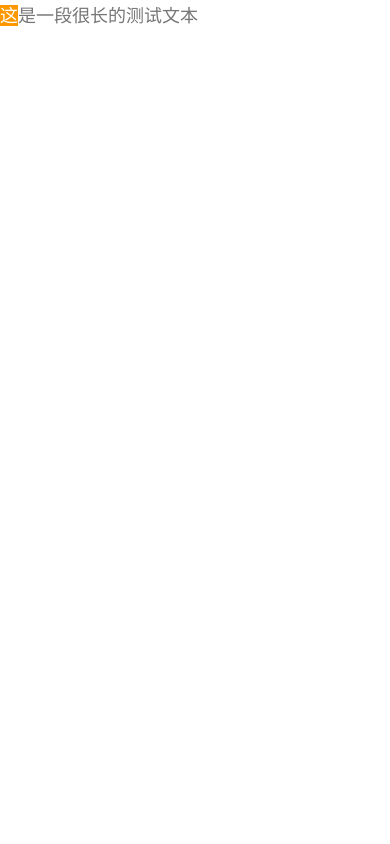
Repository: obstrux/test-vosk
Page: /
An editor plug-in stored every save of this project. The page is shown before and after a run of saves, followed by the edit.
The browser window is 390 px wide. The pictures show the whole page.
The app was drawn by React Native's web renderer in a window 390 px wide. The project was rebuilt for these pictures with package versions that can differ from the ones it lists, and the page was loaded fresh each time.

Above is the page before, as saved 2025-11-02 21:28:07.

### App.tsx
/**
 * Sample React Native App
 * https://github.com/facebook/react-native
 *
 * @format
 */

import { NewAppScreen } from '@react-native/new-app-screen';
import { StatusBar, StyleSheet, useColorScheme, View } from 'react-native';
import {
  SafeAreaProvider,
  useSafeAreaInsets,
} from 'react-native-safe-area-context';
import ReaderHighlighter from './ReaderHighlighter';
import { useState } from 'react';

function App() {
  const isDarkMode = useColorScheme() === 'dark';

  return (
    <SafeAreaProvider>
      <StatusBar barStyle={isDarkMode ? 'light-content' : 'dark-content'} />
      <AppContent />
    </SafeAreaProvider>
  );
}

function AppContent() {
  const safeAreaInsets = useSafeAreaInsets();

  const [recognizedText] = useState('');

  return (
    <View style={styles.container}>
      <ReaderHighlighter
        fullText={'这是一段很长的测试文本'}
        recognizedText={recognizedText}
      />
    </View>
  );
}

const styles = StyleSheet.create({
  container: {
    flex: 1,
  },
});

export default App;

### ReaderHighlighter.tsx
import React, { useRef, useState, useEffect } from 'react';
import { Text, View, ScrollView, StyleSheet } from 'react-native';
import { diff_match_patch } from 'diff-match-patch';

const dmp = new diff_match_patch();

const ReaderHighlighter = ({ fullText, recognizedText }) => {
  const scrollRef = useRef<ScrollView>(null);
  const cursorRef = useRef<Text>(null);
  const [readIndex, setReadIndex] = useState(0);

  useEffect(() => {
    if (!recognizedText) return;
    updateReadIndex(recognizedText);
  }, [recognizedText]);

  // 容错推进匹配
  const updateReadIndex = (recognized: string) => {
    const diff = dmp.diff_main(fullText.slice(readIndex), recognized);
    dmp.diff_cleanupSemantic(diff);

    let matched = 0;
    diff.forEach(([type, value]) => {
      if (type === 0) matched += value.length; // 匹配字数累加
    });

    const newIndex = Math.min(readIndex + matched, fullText.length);
    if (newIndex !== readIndex) {
      setReadIndex(newIndex);
      scrollToReading();
    }
  };

  // 自动滚动到当前阅读位置
  const scrollToReading = () => {
    setTimeout(() => {
      cursorRef.current?.measureLayout(
        scrollRef.current.getScrollableNode(),
        (x, y) => {
          scrollRef.current?.scrollTo({ y: y - 100, animated: true });
        },
      );
    }, 50);
  };

  return (
    <ScrollView ref={scrollRef} style={styles.container}>
      <Text style={styles.text}>
        <Text style={styles.read}>{fullText.slice(0, readIndex)}</Text>

        <Text ref={cursorRef} style={styles.playing}>
          {fullText[readIndex] || ''}
        </Text>

        <Text style={styles.unread}>{fullText.slice(readIndex + 1)}</Text>
      </Text>
    </ScrollView>
  );
};

const styles = StyleSheet.create({
  container: { flex: 1 },
  text: { fontSize: 18, lineHeight: 32 },
  read: { backgroundColor: '#FFD54F' },
  playing: { backgroundColor: '#FF9800', color: '#fff' },
  unread: { color: '#777' },
});

export default ReaderHighlighter;

After the next 2 saves:
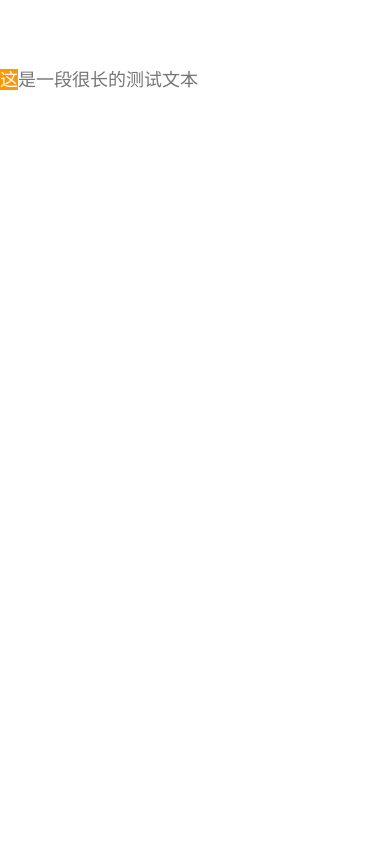
The 2 saves are shown as one change because 1 did not build or start.
The last was saved 9 s later.
--- a/App.tsx
+++ b/App.tsx
@@ -43,6 +43,7 @@ function AppContent() {
 const styles = StyleSheet.create({
   container: {
     flex: 1,
+    paddingTop: 64,
   },
 });
 
